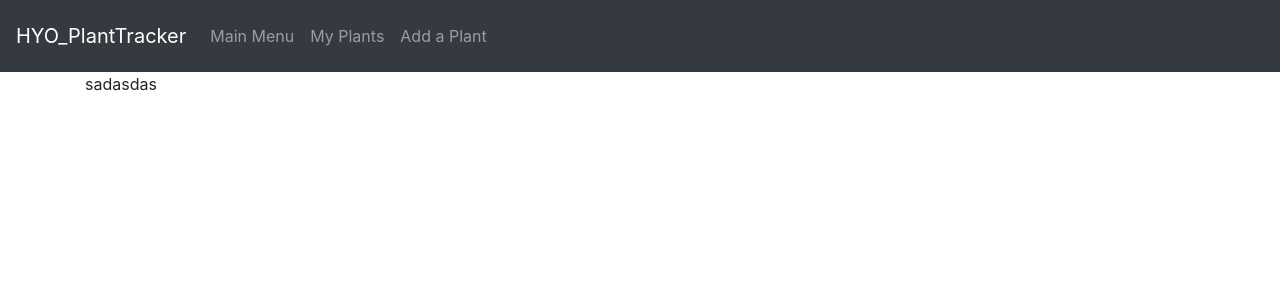
Repository: emersonwilliams/HYO_PlantTracker
Page: capstone_app/plant_tracker/templates/myplants.html
The author's editor kept a copy of each file at every save. The page is drawn from the files as they stood at one save, then again after a run of saves.
The browser window is 1280 px wide. The pictures show the whole page.

Above is the page before, as saved 2020-08-01 23:59:21.

After the next 3 saves:
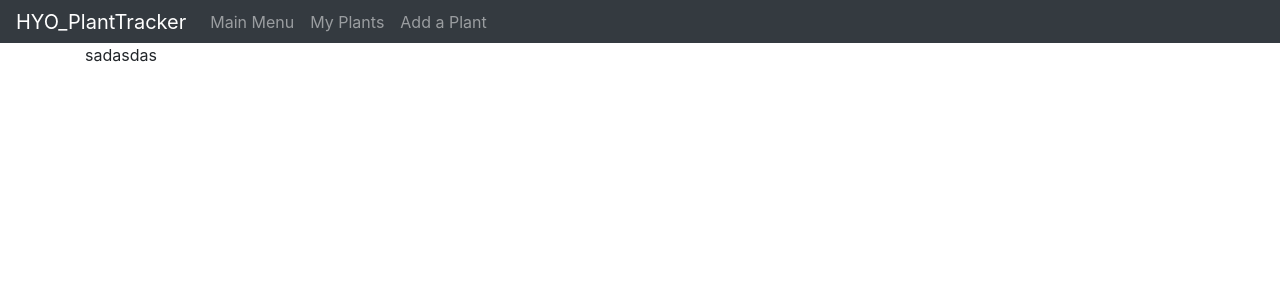
The 3 saves are shown as one change because they came seconds apart.
The last was saved 16 s later.
--- a/capstone_app/plant_tracker/static/css/myplants.css
+++ b/capstone_app/plant_tracker/static/css/myplants.css
@@ -1,3 +1,3 @@
 .navbar{
-    padding: 1em 1em 1em 1em;
+    padding: 0.1em 0.1em 0.1em 1em;
 }
